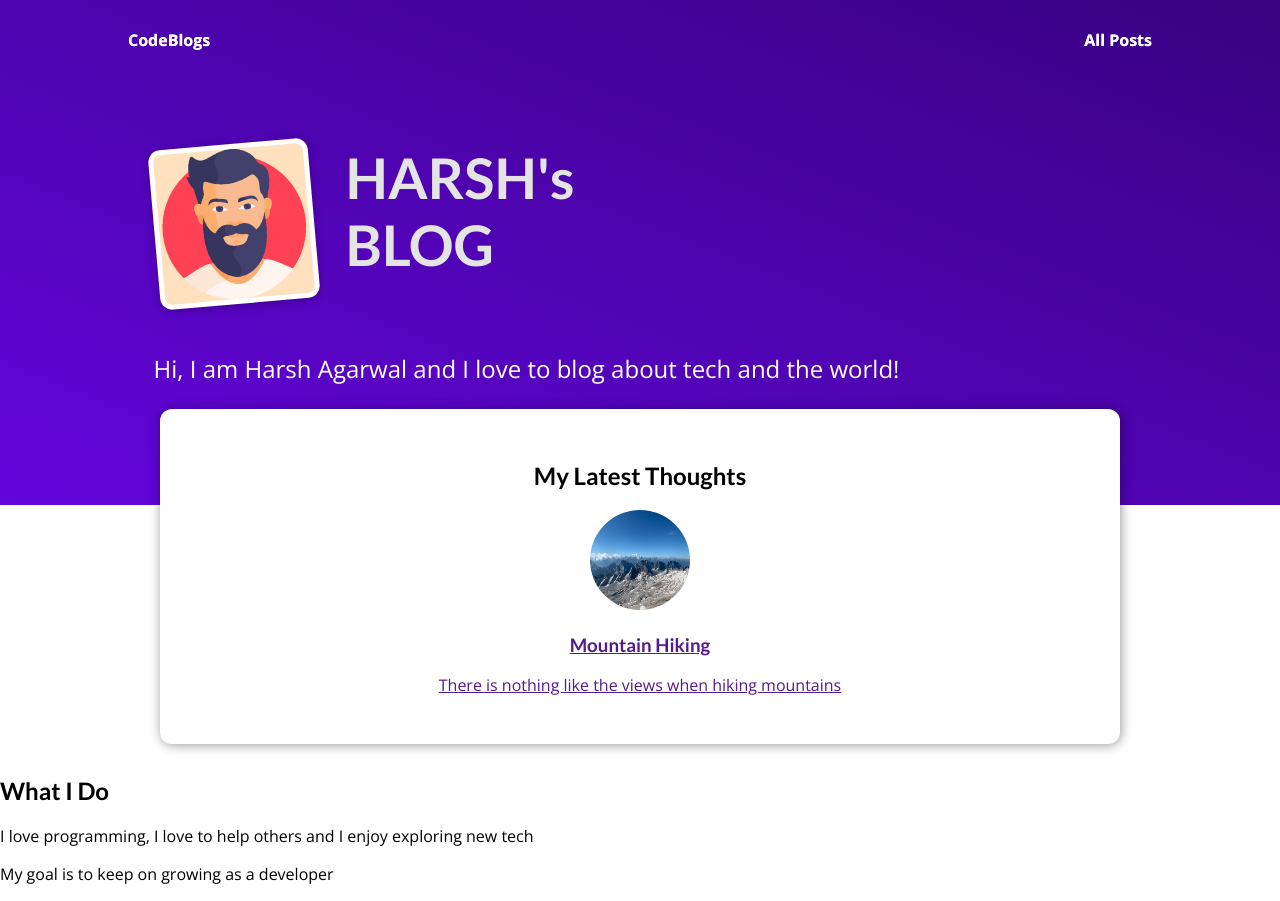
Repository: harshagr64/codeblogs
Page: blog/templates/blog/index.html
The author's editor kept a copy of each file at every save. The page is drawn from the files as they stood at one save, then again after the next save.
The browser window is 1280 px wide. The pictures show the whole page.
The page is served by the project's application, run on Django 3.2 (manage.py). Other server files are loaded and not shown. The template is opened directly, without the code that normally fills it, so the values that code supplies are empty.

Above is the page before, as saved 2021-08-21 10:55:04.

### codeblogs/blog/templates/blog/index.html
{% extends 'base.html' %}
{% load static %}
{% block title %}CodeBlogs{% endblock %}

{% block css_files %}
    <link rel="stylesheet" href="{% static "blog/index.css" %}">
{% endblock css_files %}



{% block content %}
    <header id="main-navigation">
        <a href = "">CodeBlogs</a>

        <nav>
            <a href = "">All Posts</a>
        </nav>
    </header>

    <section id = "welcome">
        <header>
            <img src = "{% static 'blog/images/man.png' %}" alt = "CodeBlogs">
            <h2>HARSH's BLOG</h2>
        </header>
        <p>Hi, I am Harsh Agarwal and I love to blog about tech and the world!</p>
    </section>
    <section id="latest-posts">
        <h2> My Latest Thoughts</h2>
        <ul>
            <li>
                <article class="post">
                    <a href="">
                        <img src="{% static 'blog/images/mountains.jpg' %}" alt="Mountain Hiking">
                        <div class="post__content">
                            <h3>Mountain Hiking</h3>
                            <p> There is nothing like the views when hiking mountains</p>
                        </div>
                    </a>
                </article>
            </li>
        </ul>
    </section>

    <section>
        <h2>What I Do</h2>
        <p> I love programming, I love to help others and I enjoy exploring new tech</p>
        <p>My goal is to keep on growing as a developer</p>
    </section>
{% endblock %}

### codeblogs/templates/base.html
{% load static %}

<!DOCTYPE html>
<html lang="en">
  <head>
    <meta charset="UTF-8" />
    <meta http-equiv="X-UA-Compatible" content="IE=edge" />
    <meta name="viewport" content="width=device-width, initial-scale=1.0" />
    <title>{% block title %}CodeBlogs{% endblock %}</title>
    <link rel="stylesheet" href="{% static "app.css" %}">
    {% block css_files %}{% endblock %}
  </head>
  <body>
  <header id="main-navigation">
        <a href = "">CodeBlogs</a>

        <nav>
            <a href = "">All Posts</a>
        </nav>
    </header>
  {% block content %}{% endblock %}
  </body>
</html>

### codeblogs/codeblogs/urls.py
"""codeblogs URL Configuration

The `urlpatterns` list routes URLs to views. For more information please see:
    https://docs.djangoproject.com/en/3.2/topics/http/urls/
Examples:
Function views
    1. Add an import:  from my_app import views
    2. Add a URL to urlpatterns:  path('', views.home, name='home')
Class-based views
    1. Add an import:  from other_app.views import Home
    2. Add a URL to urlpatterns:  path('', Home.as_view(), name='home')
Including another URLconf
    1. Import the include() function: from django.urls import include, path
    2. Add a URL to urlpatterns:  path('blog/', include('blog.urls'))
"""
from django.contrib import admin
from django.urls import path, include

urlpatterns = [
    path('admin/', admin.site.urls),
    path('', include("blog.urls") )
]

### codeblogs/blog/urls.py
from django.urls import path
from . import views

urlpatterns = [
    path("", views.starting_page, name="starting-page"),
    path("posts", views.posts, name="post-page"),
    path("posts/<slug:slug>", views.post_detail, name="post-detail-page")
]

### codeblogs/static/app.css
@import url('https://fonts.googleapis.com/css2?family=Lato:wght@400;700&family=Open+Sans:wght@400;700&display=swap');

* {
  box-sizing: border-box;
}

html {
  font-family: 'Open Sans', 'Lato', sans-serif;
}

body {
  margin: 0;
}

h1,
h2,
h3 {
  font-family: 'Lato', sans-serif;
  font-weight: bold;
}

#main-navigation {
  width: 100%;
  height: 5rem;
  display: flex;
  justify-content: space-between;
  align-items: center;
  padding: 0 10%;
  position: absolute;
  top: 0;
  left: 0;
}

#main-navigation a {
  text-decoration: none;
  color: white;
  font-weight: bold;
}

#main-navigation a:hover,
#main-navigation a:active {
  color: #cf79f1;
}

#main-navigation h1 a:hover,
#main-navigation h1 a:active {
  color: white;
}

### codeblogs/blog/static/blog/index.css
#welcome {
    background: linear-gradient(to right top, #6305dd, #390281);
    padding: 6rem 12%;
  }

  #welcome header {
    display: flex;
    align-items: flex-start;
    margin: 3rem auto;
  }

  #welcome img {
    width: 10rem;
    height: 10rem;
    object-fit: cover;
    object-position: top;
    border: 5px solid white;
    border-radius: 12px;
    background-color: #ffe1bf;
    transform: rotateZ(-5deg);
    box-shadow: 0 2px 8px rgba(0, 0, 0, 0.25);
  }

  #welcome h2 {
    font-size: 3.5rem;
    margin: 0 0 0 2rem;
    color: #e4e4e4;
    width: 10rem;
  }

  #welcome p {
    color: white;
    font-size: 1.5rem;
  }

  #latest-posts {
    background-color: white;
    padding: 2rem;
    border-radius: 12px;
    width: 60rem;
    margin: -6rem auto 2rem auto;
    box-shadow: 1px 1px 12px rgba(0, 0, 0, 0.4);
  }

  #latest-posts h2 {
    text-align: center;
  }

  #latest-posts ul {
    list-style: none;
    margin: 0;
    padding: 0;
    display: flex;
    gap: 1rem;
  }

  #latest-posts li {
    flex: 1;
    text-align: center;
  }
  #latest-posts li a img{
      border-radius: 50%;
      width: 100px;
      height: 100px;
  }

  #about {
    text-align: center;
    padding: 3rem;
    background-color: #e48900;
    margin-top: 5rem;
  }

  #about h2 {
    font-size: 3rem;
  }

  #about p {
    font-size: 1.5rem;
    color: #353535;
  }

After the next save:
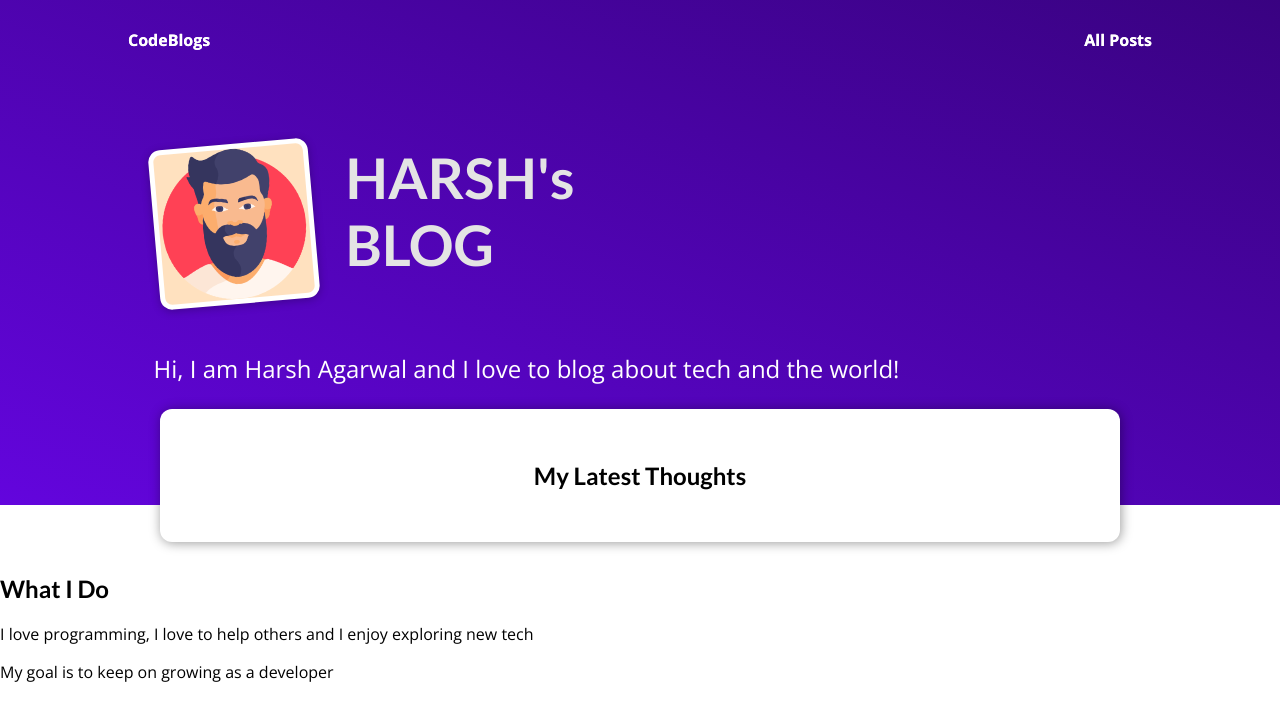
Saved 88 s later.
--- a/codeblogs/blog/templates/blog/index.html
+++ b/codeblogs/blog/templates/blog/index.html
@@ -27,17 +27,7 @@
     <section id="latest-posts">
         <h2> My Latest Thoughts</h2>
         <ul>
-            <li>
-                <article class="post">
-                    <a href="">
-                        <img src="{% static 'blog/images/mountains.jpg' %}" alt="Mountain Hiking">
-                        <div class="post__content">
-                            <h3>Mountain Hiking</h3>
-                            <p> There is nothing like the views when hiking mountains</p>
-                        </div>
-                    </a>
-                </article>
-            </li>
+
         </ul>
     </section>
 
